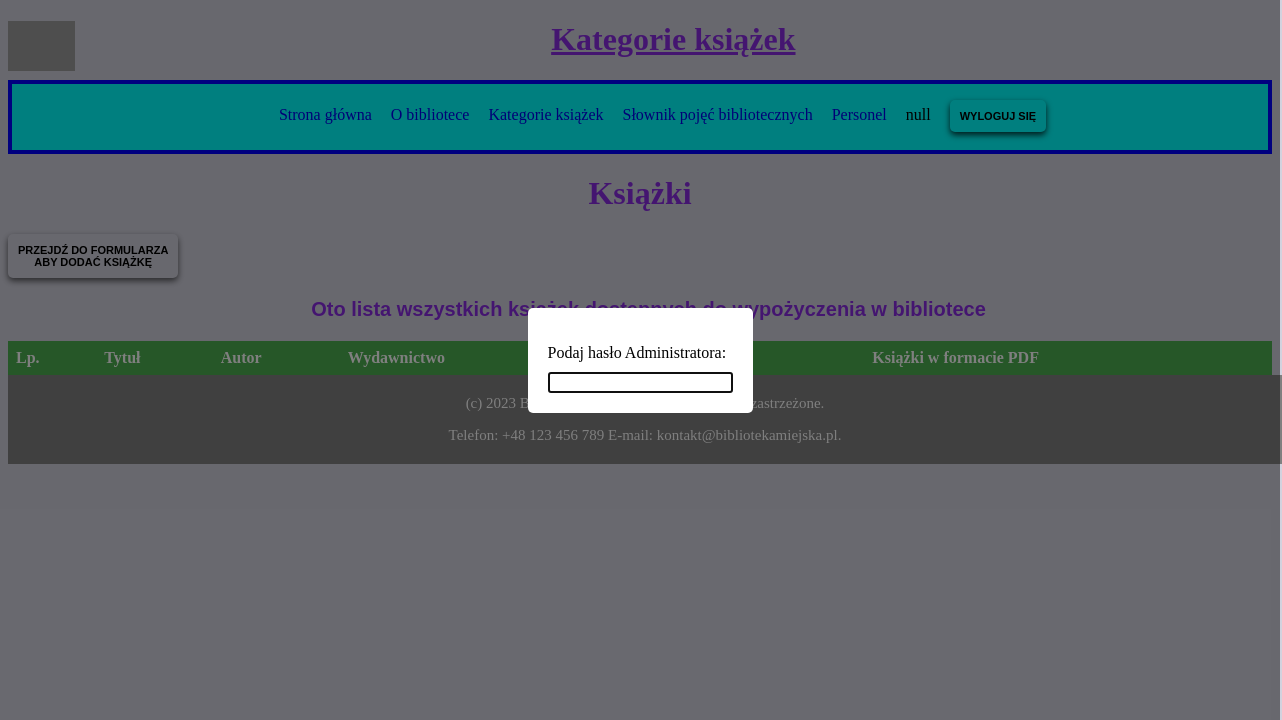
Repository: Dominik098/projekt
Page: http://localhost/biblioteka/C_Kategorie książek.jsp
An editor plug-in stored every save of this project. The page is shown before and after the next save, followed by the edit.
The browser window is 1280 px wide. The page is 1282 px wide, so the pictures cover 1282 px, including what lies to the right of the window. The pictures show the whole page.
After loading, the first visible `button.dodanie` was clicked once.
Pictures or frames that could not be fetched are drawn as grey boxes. The page is served by Tomcat 9. Queries for data that is not in the repository find no rows.

Above is the page before, as saved 2023-06-01 17:18:52.

After the next save:
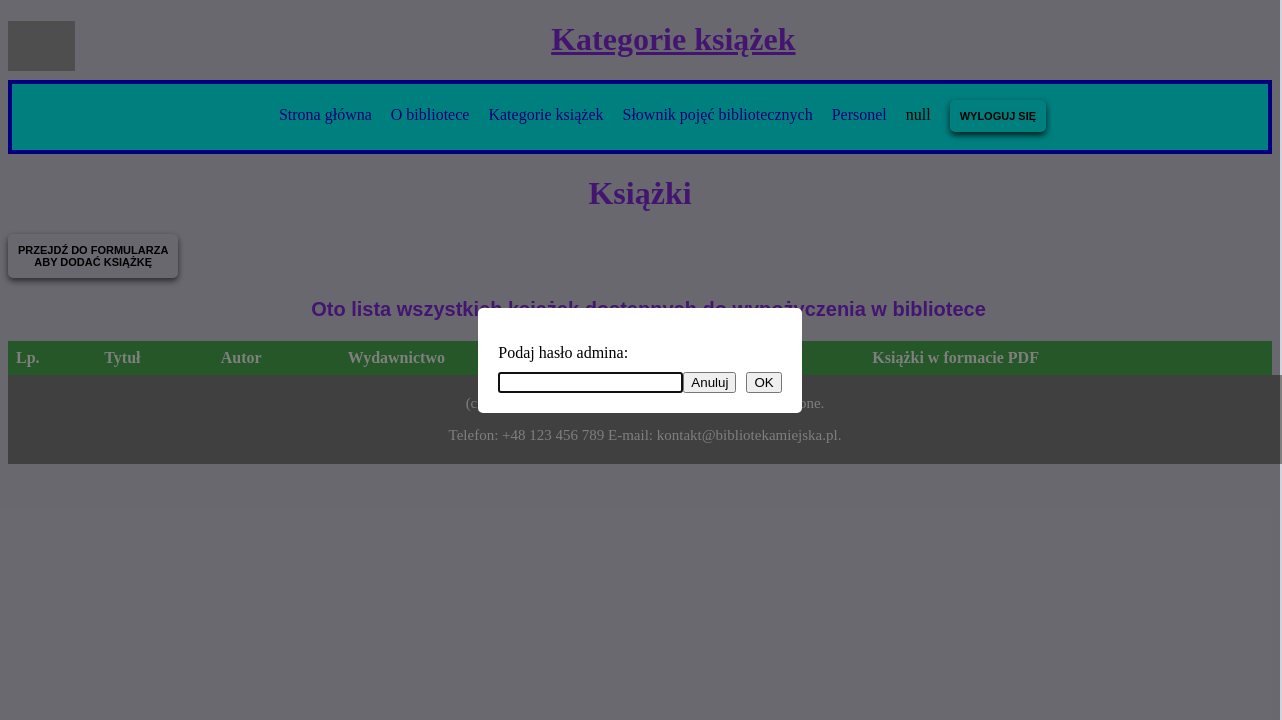
Saved 4 min 4 s later.
--- a/java projekt/biblioteka/src/main/webapp/C_Kategorie książek.jsp
+++ b/java projekt/biblioteka/src/main/webapp/C_Kategorie książek.jsp
@@ -81,11 +81,24 @@
     promptBox.style.borderRadius = '5px';
 
     var promptText = document.createElement('p');
-    promptText.textContent = 'Podaj hasło Administratora:';
+    promptText.textContent = 'Podaj hasło admina:';
     promptText.style.marginBottom = '10px';
+
+    var cancelButton = document.createElement('button');
+    cancelButton.textContent = 'Anuluj';
+    cancelButton.style.marginRight = '10px';
+    cancelButton.addEventListener('click', function() {
+      document.body.removeChild(promptContainer);
+    });
+
+    var okButton = document.createElement('button');
+    okButton.textContent = 'OK';
+    okButton.addEventListener('click', validatePassword);
 
     promptBox.appendChild(promptText);
     promptBox.appendChild(passwordField);
+    promptBox.appendChild(cancelButton);
+    promptBox.appendChild(okButton);
     promptContainer.appendChild(promptBox);
     document.body.appendChild(promptContainer);
 
@@ -105,7 +118,7 @@
       document.body.removeChild(promptContainer);
 
       // Sprawdzenie, czy wprowadzone hasło jest poprawne
-      if (password === "admin") {
+      if (password === "1234") {
         window.location.href = "Dodaj_ksiazke.jsp";
       } else {
         alert("Nieprawidłowe hasło!");
